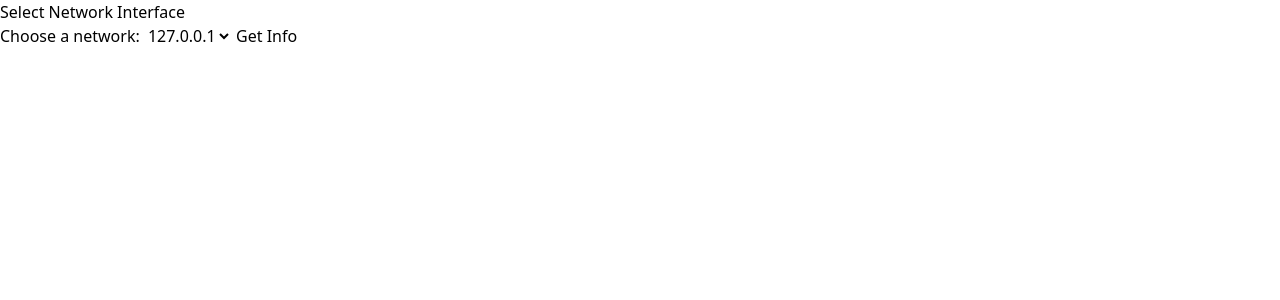
Repository: khulqu15/rov.commander
Page: http://localhost/planner/
The author's editor kept a copy of each file at every save. The page is drawn from the files as they stood at one save, then again after the next save.
The browser window is 1280 px wide. The pictures show the whole page.
Some web libraries are served in a nearby version. The page is served by the project's application, run on Django 5.2 (manage.py). Other server files are loaded and not shown.

Above is the page before, as saved 2025-02-06 20:56:07.

### templates/index.html
<!DOCTYPE html>
<html lang="en">
<head>
    <meta charset="UTF-8">
    <meta name="viewport" content="width=device-width, initial-scale=1.0">
    <script src="https://unpkg.com/@tailwindcss/browser@4"></script>
    <title>Mission Planner App</title>
</head>
<body>

    <h2>Select Network Interface</h2>

    <form method="GET">
        <label for="interface">Choose a network:</label>
        <select name="interface" id="interface">
            {% for interface in interfaces %}
                <option value="{{ interface }}" {% if interface == selected_interface %}selected{% endif %}>{{ interface }}</option>
            {% endfor %}
        </select>
        <button type="submit">Get Info</button>
    </form>

    {% if selected_interface %}
        <div class="result">
            <h3>Selected Network: {{ selected_interface }}</h3>
            <h4>TCP/IP Addresses:</h4>
            <ul>
                {% for ip in tcpIp %}
                    <li>{{ ip }}</li>
                {% endfor %}
            </ul>
            <h4>COM Ports:</h4>
            <ul>
                {% for port in comPorts %}
                    <li>{{ port.device }} - {{ port.description }}</li>
                {% endfor %}
            </ul>
        </div>
    {% endif %}

</body>
</html>

### network/views.py
import socket
import serial.tools.list_ports
from rest_framework.response import Response
from rest_framework.decorators import api_view
from django.shortcuts import render
from django.http import JsonResponse

serial_connection = False

def get_network_interfaces():
    """Mendapatkan daftar interface jaringan yang tersedia"""
    interfaces = set()
    host_name = socket.gethostname()
    for ip in socket.getaddrinfo(host_name, None):
        interfaces.add(ip[4][0])
    return list(interfaces)

@api_view(["GET"])
def get_network_info(request):
    interfaces = get_network_interfaces()
    selected_interface = request.GET.get("interface", None)

    ip_list = []
    com_ports = []

    if selected_interface:
        ip_list = [ip for ip in interfaces if ip == selected_interface]

        ports = list(serial.tools.list_ports.comports())
        com_ports = [{"device": port.device, "description": port.description} for port in ports]

    return render(request, "index.html", {
        "interfaces": interfaces,
        "selected_interface": selected_interface,
        "tcpIp": ip_list,
        "comPorts": com_ports
    })

@api_view(["POST"])
def connect_device(request):
    global serial_connection
    port_name = request.POST.get("port")
    baud_rate = request.POST.get("baud", 9600)
    if not port_name:
        return JsonResponse({"error": "No COM Selected"})
    try:
        serial_connection = serial.Serial(port_name, baudrate=int(baud_rate), timeout=1)
        return("/planner")
    except Exception as e:
        return JsonResponse({"error": str(e)}, status=500)

### missionCore/urls.py
"""
URL configuration for missionCore project.

The `urlpatterns` list routes URLs to views. For more information please see:
    https://docs.djangoproject.com/en/5.1/topics/http/urls/
Examples:
Function views
    1. Add an import:  from my_app import views
    2. Add a URL to urlpatterns:  path('', views.home, name='home')
Class-based views
    1. Add an import:  from other_app.views import Home
    2. Add a URL to urlpatterns:  path('', Home.as_view(), name='home')
Including another URLconf
    1. Import the include() function: from django.urls import include, path
    2. Add a URL to urlpatterns:  path('blog/', include('blog.urls'))
"""
from django.contrib import admin
from django.urls import path, include

urlpatterns = [
    path('admin/', admin.site.urls),
    path('', include('network.urls'))
]

### network/urls.py
from django.urls import path
from .views import get_network_info

urlpatterns = [
    path('planner/', get_network_info, name='planner'),
]

After the next save:
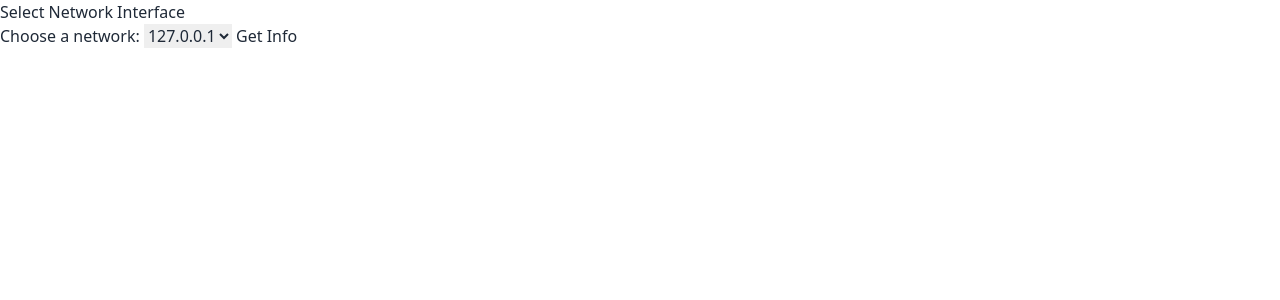
Saved 26 s later.
--- a/templates/index.html
+++ b/templates/index.html
@@ -3,7 +3,8 @@
 <head>
     <meta charset="UTF-8">
     <meta name="viewport" content="width=device-width, initial-scale=1.0">
-    <script src="https://unpkg.com/@tailwindcss/browser@4"></script>
+    <link href="https://cdn.jsdelivr.net/npm/daisyui@4.12.23/dist/full.min.css" rel="stylesheet" type="text/css" />
+    <script src="https://cdn.tailwindcss.com"></script>
     <title>Mission Planner App</title>
 </head>
 <body>
